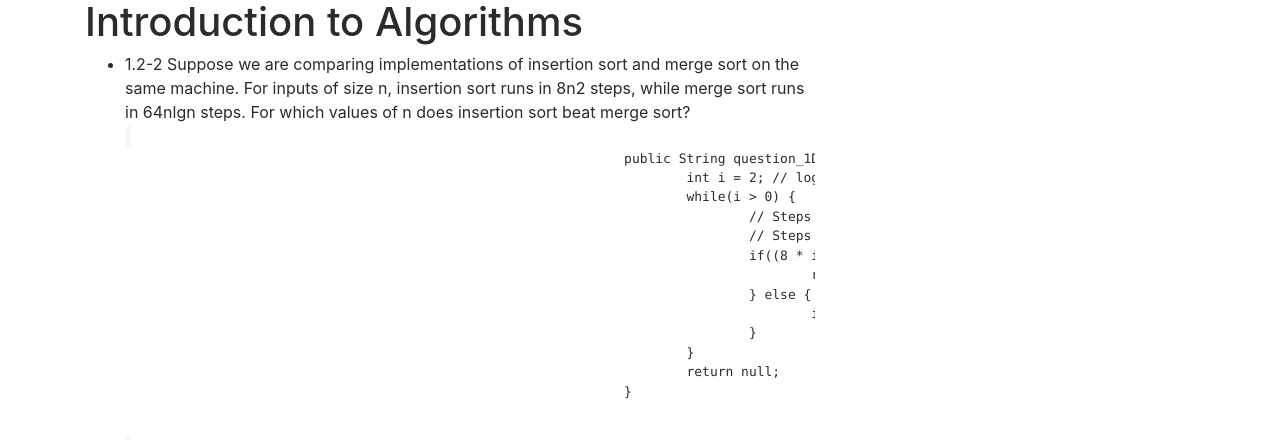
Repository: baltejas/algorithms
Page: algorithms/src/main/webapp/WEB-INF/views/index.html
These files come from the project's save history. The page is drawn as it stood at one moment and after the next save; the edit follows.
The browser window is 1280 px wide. The pictures show the whole page.

Above is the page before, as saved 2017-05-06 18:21:38.

### algorithms/src/main/webapp/WEB-INF/views/index.html
<html>
	<head>
		<link rel="stylesheet" href="resources/css/bootstrap.css">
	</head>
	<body>
		<div class="container">
		<h1>Introduction to Algorithms</h1>
			<div class="row">
				<div class="col-md-8">
					<ul>
						<li>1.2-2 Suppose we are comparing implementations of insertion sort and merge sort on the same machine.
							For inputs of size n, insertion sort runs in 8n2 steps, while merge sort runs in 64nlgn steps.
							For which values of n does insertion sort beat merge sort?<br>
							<code>
								<pre>
								public String question_1Dot2dash2() {
									int i = 2; // log(1) = 0 hence we start from 2
									while(i > 0) {
										// Steps to sort n inputs: insertion sort - 8n*n
										// Steps to sort n inputs: merge sort - 64nlgn (log to base 2)
										if((8 * i * i) > (64 * i * (Math.log(i)/Math.log(2)))) {
											return "Insertion sort beats merge sort at: " + i;
										} else {
											i++;
										}
									}
									return null;
								}
								</pre>
							</code>
						</li>
					</ul>
				</div>
			</div>
		</div>
	</body>
</html>

Loaded but not shown: algorithms/src/main/webapp/resources/css/bootstrap.css (library)

After the next save:
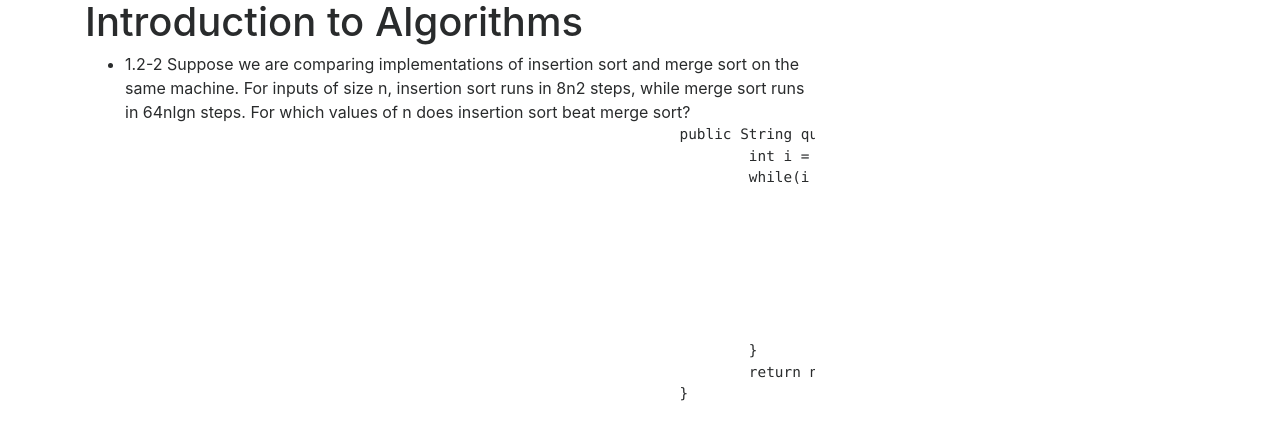
Saved 36 s later.
--- a/algorithms/src/main/webapp/WEB-INF/views/index.html
+++ b/algorithms/src/main/webapp/WEB-INF/views/index.html
@@ -11,7 +11,6 @@
 						<li>1.2-2 Suppose we are comparing implementations of insertion sort and merge sort on the same machine.
 							For inputs of size n, insertion sort runs in 8n2 steps, while merge sort runs in 64nlgn steps.
 							For which values of n does insertion sort beat merge sort?<br>
-							<code>
 								<pre>
 								public String question_1Dot2dash2() {
 									int i = 2; // log(1) = 0 hence we start from 2
@@ -27,7 +26,6 @@
 									return null;
 								}
 								</pre>
-							</code>
 						</li>
 					</ul>
 				</div>
